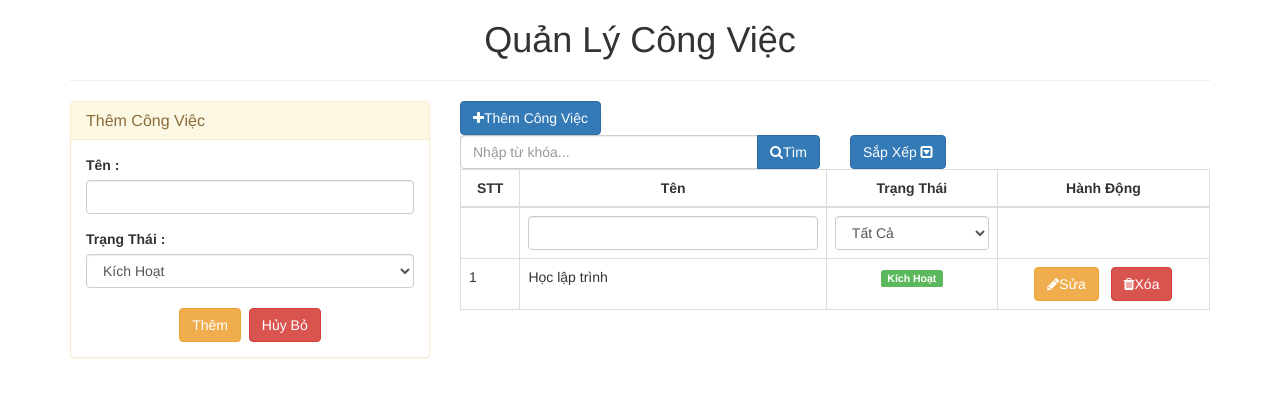
Repository: thanhhai45/CRUD_APP_REACT
Page: public/index.html
These files come from the project's save history. The page is drawn as it stood at one moment and after the next save; the edit follows.
The browser window is 1280 px wide. The pictures show the whole page.

Above is the page before, as saved 2018-02-14 17:16:01.

### public/index.html
<!DOCTYPE html>
<html lang="">

<head>
    <meta charset="utf-8">
    <meta http-equiv="X-UA-Compatible" content="IE=edge">
    <meta name="viewport" content="width=device-width, initial-scale=1">
    <title>Title Page</title>
    <link rel="stylesheet" href="./css/bootstrap.min.css">
    <link rel="stylesheet" href="./css/font-awesome.min.css">
    <style>

    </style>
</head>

<body>
    <noscript></noscript>
    <div id="root"></div>
    <div class="container">
        <div class="text-center">
            <h1>Quản Lý Công Việc</h1>
            <hr/>
        </div>
        <div class="row">
            <div class="col-xs-4 col-sm-4 col-md-4 col-lg-4">
                <div class="panel panel-warning">
                    <div class="panel-heading">
                        <h3 class="panel-title">Thêm Công Việc</h3>
                    </div>
                    <div class="panel-body">
                        <form>
                            <div class="form-group">
                                <label>Tên :</label>
                                <input type="text" class="form-control" />
                            </div>
                            <label>Trạng Thái :</label>
                            <select class="form-control" required="required">
                                <option value="1">Kích Hoạt</option>
                                <option value="0">Ẩn</option>
                            </select>
                            <br/>
                            <div class="text-center">
                                <button type="submit" class="btn btn-warning">Thêm</button>&nbsp;
                                <button type="submit" class="btn btn-danger">Hủy Bỏ</button>
                            </div>
                        </form>
                    </div>
                </div>
            </div>
            <div class="col-xs-8 col-sm-8 col-md-8 col-lg-8">
                <button type="button" class="btn btn-primary">
                    <span class="fa fa-plus mr-5"></span>Thêm Công Việc
                </button>
                <div class="row mt-15">
                    <div class="col-xs-6 col-sm-6 col-md-6 col-lg-6">
                        <div class="input-group">
                            <input type="text" class="form-control" placeholder="Nhập từ khóa..." />
                            <span class="input-group-btn">
                                        <button class="btn btn-primary" type="button">
                                            <span class="fa fa-search mr-5"></span>Tìm
                            </button>
                            </span>
                        </div>
                    </div>
                    <div class="col-xs-6 col-sm-6 col-md-6 col-lg-6">
                        <div class="dropdown">
                            <button class="btn btn-primary dropdown-toggle" type="button" id="dropdownMenu1" data-toggle="dropdown" aria-haspopup="true" aria-expanded="true">
                                Sắp Xếp <span class="fa fa-caret-square-o-down ml-5"></span>
                            </button>
                            <ul class="dropdown-menu" aria-labelledby="dropdownMenu1">
                                <li>
                                    <a role="button">
                                                <span class="fa fa-sort-alpha-asc pr-5">
                                                    Tên A-Z
                                                </span>
                                            </a>
                                </li>
                                <li>
                                    <a role="button">
                                                <span class="fa fa-sort-alpha-desc pr-5">
                                                    Tên Z-A
                                                </span>
                                            </a>
                                </li>
                                <li role="separator" class="divider"></li>
                                <li><a role="button">Trạng Thái Kích Hoạt</a></li>
                                <li><a role="button">Trạng Thái Ẩn</a></li>
                            </ul>
                        </div>
                    </div>
                </div>
                <div class="row mt-15">
                    <div class="col-xs-12 col-sm-12 col-md-12 col-lg-12">
                        <table class="table table-bordered table-hover">
                            <thead>
                                <tr>
                                    <th class="text-center">STT</th>
                                    <th class="text-center">Tên</th>
                                    <th class="text-center">Trạng Thái</th>
                                    <th class="text-center">Hành Động</th>
                                </tr>
                            </thead>
                            <tbody>
                                <tr>
                                    <td></td>
                                    <td>
                                        <input type="text" class="form-control" />
                                    </td>
                                    <td>
                                        <select class="form-control">
                                            <option value="-1">Tất Cả</option>
                                            <option value="0">Ẩn</option>
                                            <option value="1">Kích Hoạt</option>
                                        </select>
                                    </td>
                                    <td></td>
                                </tr>
                                <tr>
                                    <td>1</td>
                                    <td>Học lập trình</td>
                                    <td class="text-center">
                                        <span class="label label-success">
                                                    Kích Hoạt
                                                </span>
                                    </td>
                                    <td class="text-center">
                                        <button type="button" class="btn btn-warning">
                                            <span class="fa fa-pencil mr-5"></span>Sửa
                                        </button>
                                        &nbsp;
                                        <button type="button" class="btn btn-danger">
                                            <span class="fa fa-trash mr-5"></span>Xóa
                                        </button>
                                    </td>
                                </tr>
                            </tbody>
                        </table>
                    </div>
                </div>
            </div>
        </div>
    </div>
    <script src="./js/jquery.js"></script>
    <script src="./js/bootstrap.min.js" integrity="sha384-0mSbJDEHialfmuBBQP6A4Qrprq5OVfW37PRR3j5ELqxss1yVqOtnepnHVP9aJ7xS" crossorigin="anonymous"></script>
</body>

</html>

Loaded but not shown: public/css/bootstrap.min.css (library); public/css/font-awesome.min.css (library); public/js/jquery.js (library); public/js/bootstrap.min.js (library)

After the next save:
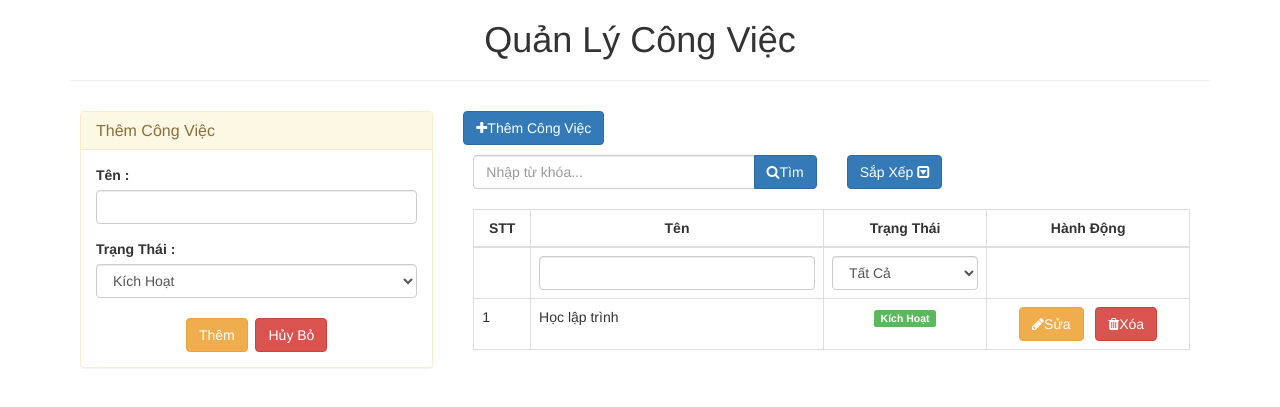
Saved 12 s later.
--- a/public/index.html
+++ b/public/index.html
@@ -9,7 +9,9 @@
     <link rel="stylesheet" href="./css/bootstrap.min.css">
     <link rel="stylesheet" href="./css/font-awesome.min.css">
     <style>
-
+      .row{
+        padding: 10px;
+      }
     </style>
 </head>
 
